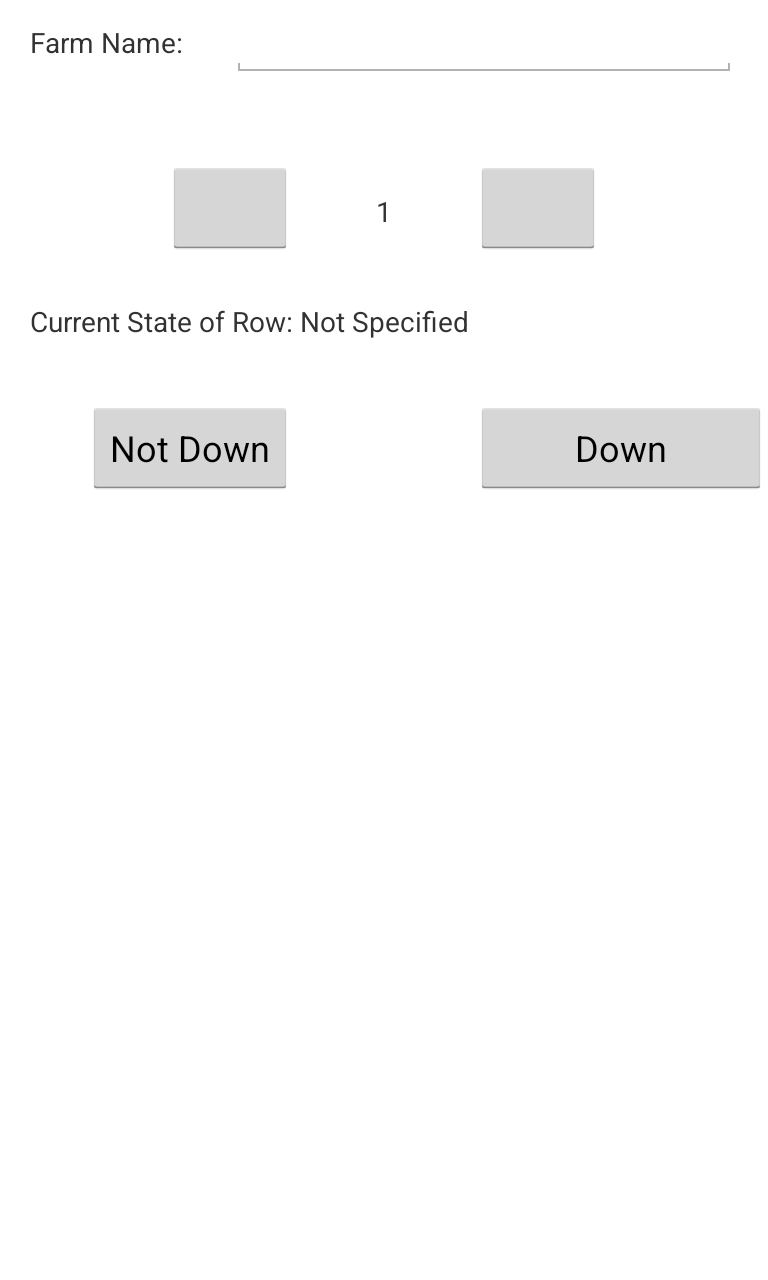
Repository: cokembel/FarmHand
Layout: FarmHand/res/layout/activity_main.xml
An editor plug-in stored every save of this project. The layout is shown before and after the next save, followed by the edit.
It is drawn on a 768 x 1280 px phone screen (xhdpi) without system bars, with theme AppTheme; the app's code is not run.

Above is the layout before, as saved 2012-12-05 10:47:07.

### FarmHand/res/layout/activity_main.xml

    <ScrollView xmlns:android="http://schemas.android.com/apk/res/android"
        android:layout_width="match_parent"
        android:layout_height="match_parent"
        android:layout_alignParentLeft="true"
        android:layout_alignParentTop="true" >

        <RelativeLayout
            android:layout_width="match_parent"
            android:layout_height="wrap_content" >

            <AutoCompleteTextView
                android:id="@+id/farm_name"
                android:layout_width="match_parent"
                android:layout_height="wrap_content"
                android:layout_toRightOf="@+id/farm_label"
                android:layout_alignParentTop="true"

                android:layout_marginRight="15dp"
                android:ems="10" />

            <TextView
                android:id="@+id/farm_label"
                android:layout_width="100dp"
                android:layout_height="wrap_content"
                android:layout_alignBaseline="@id/farm_name"
                android:layout_alignBottom="@id/farm_name"
                android:gravity="left"
                android:layout_marginLeft="15dp"
                android:text="@string/farm_name" />

            <TextView
                android:id="@+id/current_status"
                android:layout_width="match_parent"
                android:layout_height="wrap_content"
                android:layout_alignParentRight="true"
                android:layout_alignBaseline="@+id/status_label"
                android:gravity="center"
                android:text="Not Specified" />

             <TextView
                android:id="@+id/row_number"
                android:layout_width="90dp"
                android:layout_height="40dp"
                android:layout_alignBaseline="@+id/prev_row_button"
                android:layout_alignBottom="@+id/prev_row_button"
                android:layout_centerHorizontal="true"
                android:gravity="center"
                android:text="1" />

            <Button
                android:id="@+id/next_row_button"
                android:layout_width="wrap_content"
                android:layout_height="match_parent"
                android:layout_toRightOf="@id/row_number"
                android:layout_alignTop="@id/prev_row_button"
                />

            <Button
                android:id="@+id/prev_row_button"
                android:layout_toLeftOf="@id/row_number"
                android:layout_width="wrap_content"
                android:layout_height="wrap_content"
                android:layout_marginTop="80dp"
               />

            <Button
                android:id="@+id/not_down_button"
                android:layout_width="wrap_content"
                android:layout_height="wrap_content"
                android:layout_marginTop="200dp"
                android:layout_alignRight="@+id/prev_row_button"
                android:layout_alignLeft="farm_label"
                android:text="Not Down" />

            <Button
                android:id="@+id/down_button"
                android:layout_width="match_parent"
                android:layout_height="wrap_content"
                android:layout_alignBottom="@id/not_down_button"
                android:layout_alignLeft="@+id/next_row_button"
                android:layout_alignRight="farm_name"
                android:text="Down" />
            <TextView android:id="@+id/status_label" android:layout_width="wrap_content" android:layout_height="wrap_content" android:layout_alignLeft="@+id/farm_label" android:layout_below="@+id/prev_row_button" android:layout_marginTop="23dp" android:text="@string/status"/>

        </RelativeLayout>

    </ScrollView>

### FarmHand/res/values/strings.xml
<resources>

    <string name="app_name">FarmHand</string>
    <string name="menu_settings">Settings</string>
    <string name="title_activity_main">FarmHand</string>
    <string name="farm_name">Farm Name:</string>
	<string name="status">Current State of Row:</string>

</resources>

Loaded but not shown: FarmHand/res/values-v11/styles.xml (common file); FarmHand/res/values-v14/styles.xml (common file); FarmHand/res/values/styles.xml (common file)

After the next save:
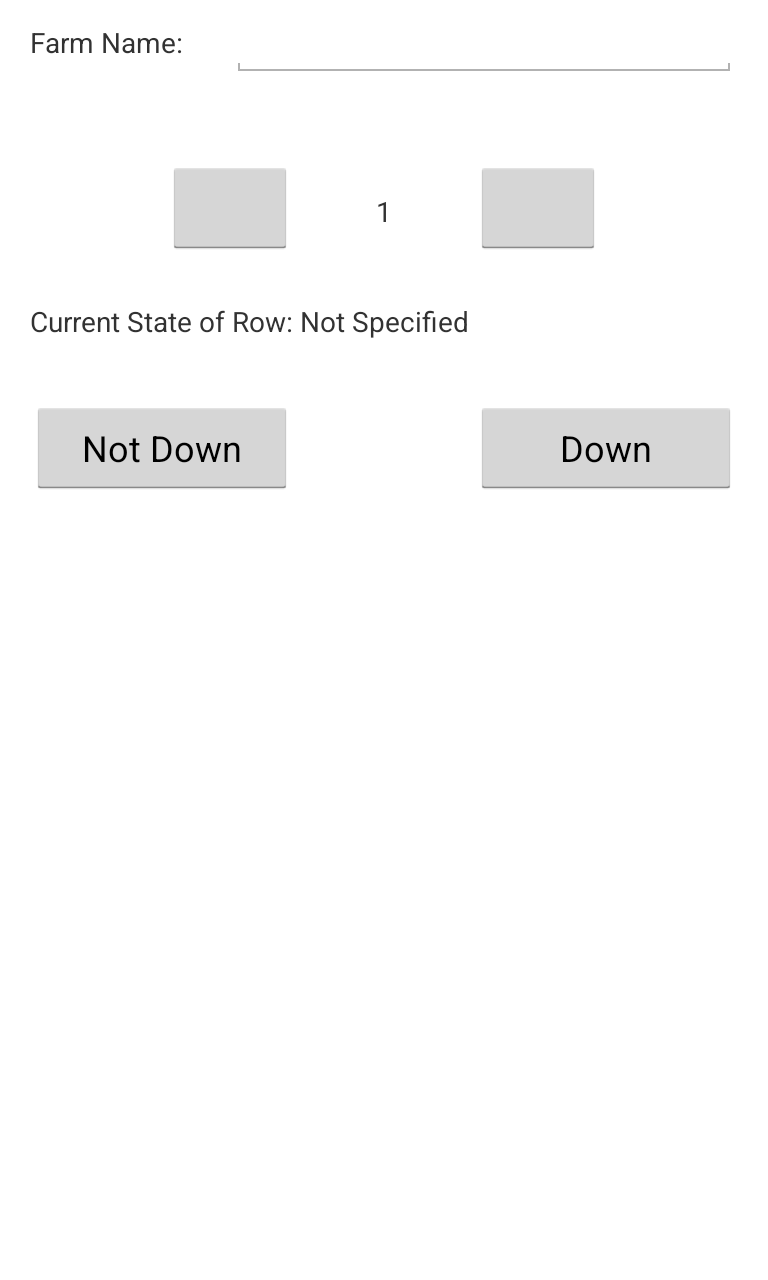
Saved 21 s later.
--- a/FarmHand/res/layout/activity_main.xml
+++ b/FarmHand/res/layout/activity_main.xml
@@ -70,7 +70,7 @@
                 android:layout_height="wrap_content"
                 android:layout_marginTop="200dp"
                 android:layout_alignRight="@+id/prev_row_button"
-                android:layout_alignLeft="farm_label"
+                android:layout_alignLeft="@id/farm_label"
                 android:text="Not Down" />
 
             <Button
@@ -79,7 +79,7 @@
                 android:layout_height="wrap_content"
                 android:layout_alignBottom="@id/not_down_button"
                 android:layout_alignLeft="@+id/next_row_button"
-                android:layout_alignRight="farm_name"
+                android:layout_alignRight="@id/farm_name"
                 android:text="Down" />
             <TextView android:id="@+id/status_label" android:layout_width="wrap_content" android:layout_height="wrap_content" android:layout_alignLeft="@+id/farm_label" android:layout_below="@+id/prev_row_button" android:layout_marginTop="23dp" android:text="@string/status"/>
 
